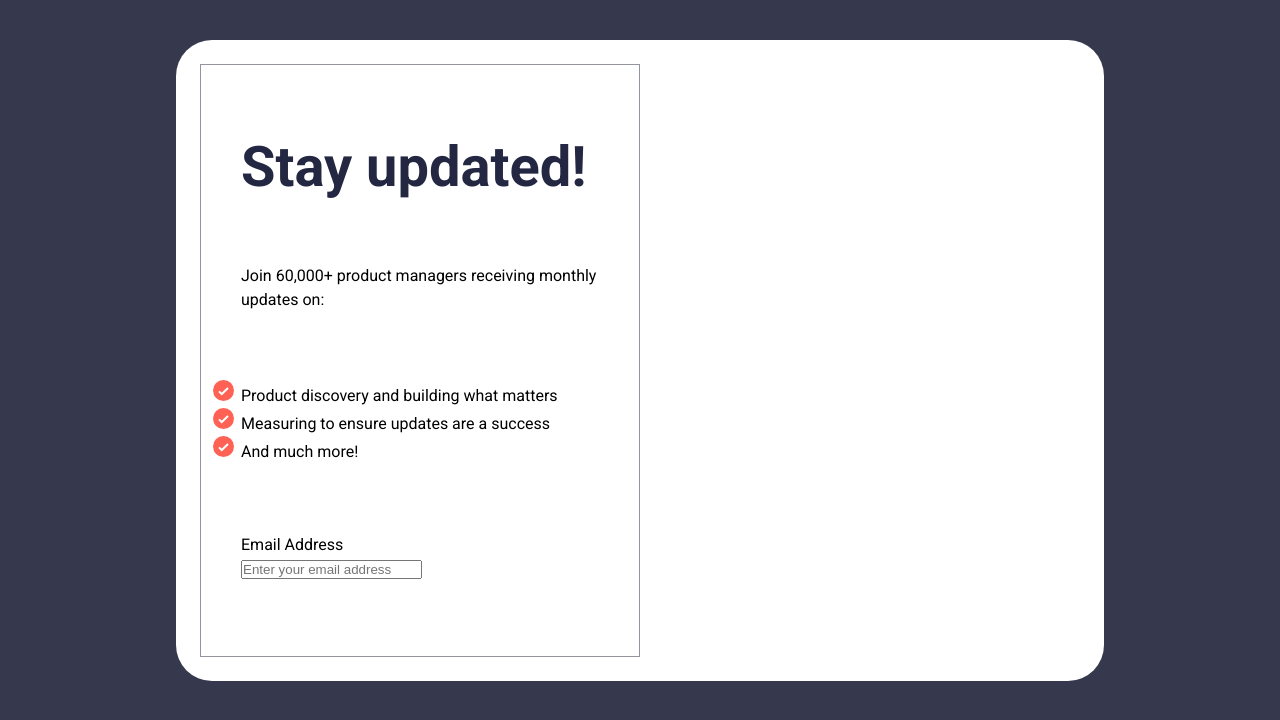
Repository: brandontaylor1/newsletter-signup
Page: index.html
An editor plug-in stored every save of this project. The page is shown before and after the next save, followed by the edit.
The browser window is 1280 px wide. The pictures show the whole page.

Above is the page before, as saved 2025-01-19 20:13:01.

After the next save:
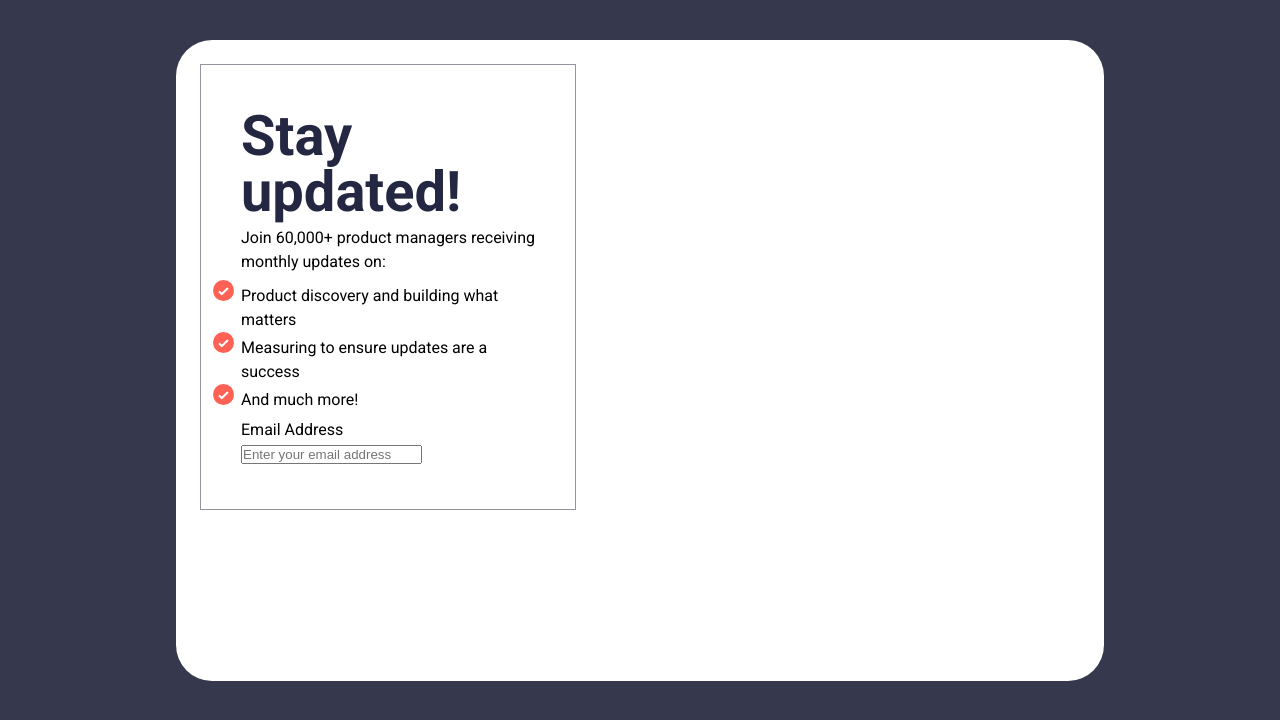
Saved 56 s later.
--- a/styles.css
+++ b/styles.css
@@ -45,6 +45,8 @@ body {
 }
 
 .card-content {
+    height: 446px;
+    width: 376px;
     padding: 40px;
     display: flex;
     flex-direction: column;
